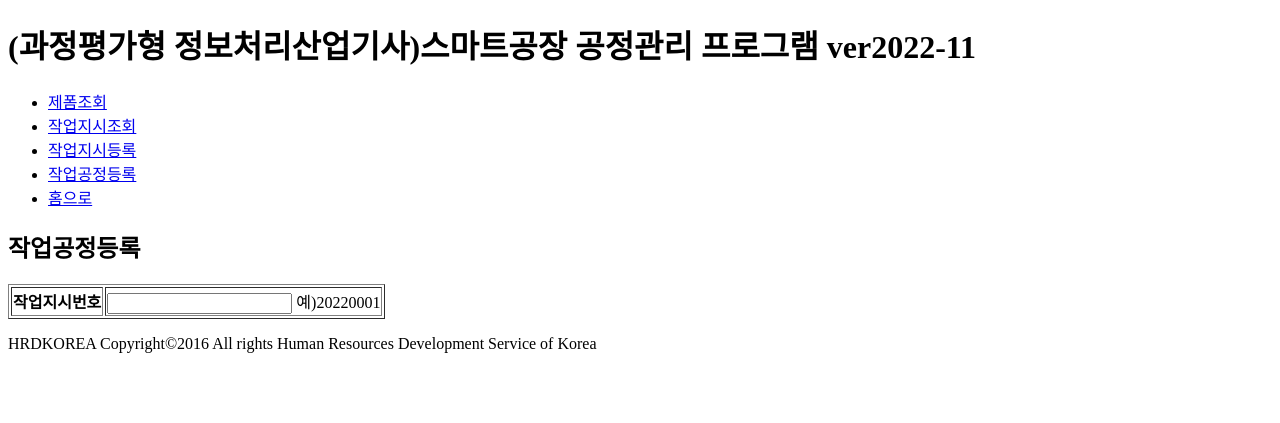
Repository: anakyn01/exam
Page: http://localhost/smart_5/sub3.jsp
An editor plug-in stored every save of this project. The page is shown before and after the next save, followed by the edit.
The browser window is 1280 px wide. The pictures show the whole page.
The page is served by Tomcat 9. Other server files are loaded and not shown.

Above is the page before, as saved 2025-01-06 07:08:46.

### smart_5/src/main/webapp/sub3.jsp
<%@ page language="java" contentType="text/html; charset=UTF-8"
    pageEncoding="UTF-8"%>
<jsp:include page="include/header.jsp"/>

<section>
<h2>작업공정등록</h2>
<table border=1>
<tr>
<th>작업지시번호</th>
<td>
<input type="text" name="w_workno">
<span>예)20220001</span>
</td>
</tr>
</table>
</section>

<jsp:include page="include/footer.jsp"/>

### smart_5/src/main/webapp/include/header.jsp
<%@ page language="java" contentType="text/html; charset=UTF-8"
    pageEncoding="UTF-8"%>
<!DOCTYPE html>
<html>
<head>
<meta charset="UTF-8">
<title>스마트 공정관리 프로그램</title>
<link rel="stylesheet" href="css/style.css"/>
</head>
<body>
<header>
<h1>(과정평가형 정보처리산업기사)스마트공장 공정관리 프로그램 ver2022-11</h1>
</header>
<nav>
<ul>
<li><a href="sub1.jsp">제폼조회</a></li>
<li><a href="sub2.jsp">작업지시조회</a></li>
<li><a href="sub3.jsp">작업지시등록</a></li>
<li><a href="sub4.jsp">작업공정등록</a></li>
<li><a href="index.jsp">홈으로</a></li>
</ul>
</nav>

### smart_5/src/main/webapp/include/footer.jsp
<%@ page language="java" contentType="text/html; charset=UTF-8"
    pageEncoding="UTF-8"%>
<footer>
<p>HRDKOREA Copyright&copy;2016 All rights Human Resources Development Service of Korea</p>
</footer>
</body>
</html>

Loaded but not shown: smart_5/src/main/webapp/css/style.css (common file)

After the next save:
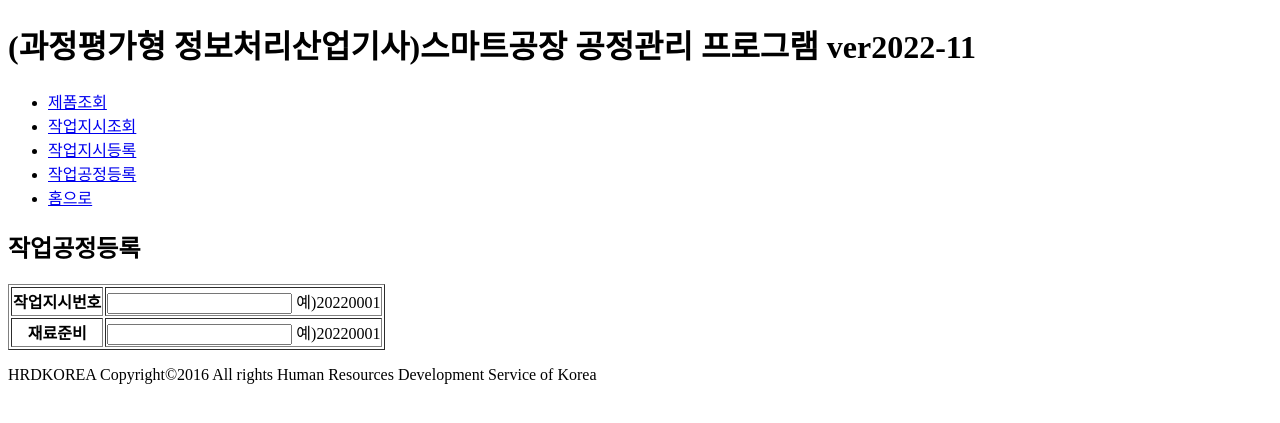
Saved 29 s later.
--- a/smart_5/src/main/webapp/sub3.jsp
+++ b/smart_5/src/main/webapp/sub3.jsp
@@ -5,13 +5,20 @@
 <section>
 <h2>작업공정등록</h2>
 <table border=1>
-<tr>
-<th>작업지시번호</th>
-<td>
-<input type="text" name="w_workno">
-<span>예)20220001</span>
-</td>
-</tr>
+	<tr>
+		<th>작업지시번호</th>
+		<td>
+		<input type="text" name="w_workno">
+		<span>예)20220001</span>
+		</td>
+	</tr>
+	<tr>
+		<th>재료준비</th>
+		<td>
+		<input type="text" name="w_workno">
+		<span>예)20220001</span>
+		</td>
+	</tr>
 </table>
 </section>
 
